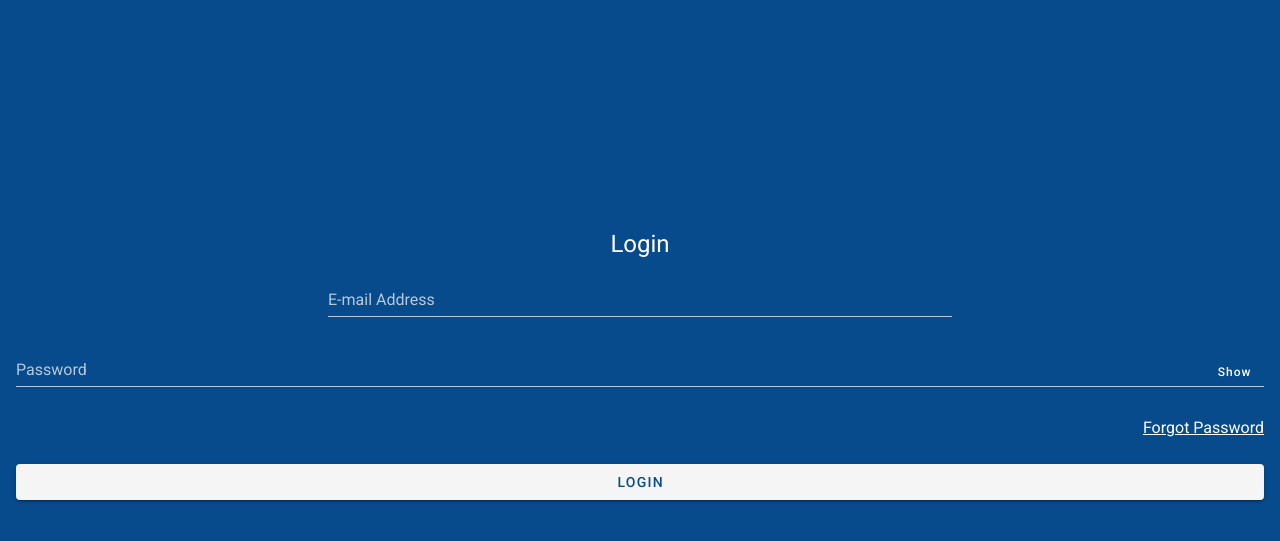
Repository: Grace229/Login
Page: /
An editor plug-in stored every save of this project. The page is shown before and after the next save, followed by the edit.
The browser window is 1280 px wide. The pictures show the whole page.
The project was rebuilt for these pictures with package versions that can differ from the ones it lists, and the page was loaded fresh each time. Also part of the build but not shown: vue.config.js. Imported but missing from the stored project, and not drawn on this page: src/views/About.vue.

Above is the page before, as saved 2021-02-12 10:22:46.

### src/App.vue
<template>
  <v-app>
    <v-main><router-view></router-view> </v-main>
  </v-app>
</template>

<script>
export default {
  name: "App",

  components: {},

  data: () => ({
    //
  }),
};
</script>

### src/plugins/vuetify.js
import Vue from "vue";
import Vuetify from "vuetify/lib/framework";

Vue.use(Vuetify);

export default new Vuetify({
  theme: {
    options: {
      customProperties: true
    },
    themes: {
      light: {
        primary: "#084b8c",
        secondary: "#424242",
        accent: "#82B1FF",
        error: "#FF5252",
        info: "#2196F3",
        success: "#4CAF50",
        warning: "#FFC107"
      }
    }
  }
});

### src/views/Home.vue
<template>
  <main
    style="min-height:100vh"
    class="primary fill-height white--text d-flex flex-column justify-center pa-4"
  >
    <div>
      <header>
        <div class="headline text-center py-2">
          Login
        </div>
      </header>

      <section>
        <div class="mx-auto" style="width: 50%">
          <v-text-field
            dark
            label="E-mail Address"
            v-model="FORM.email"
            :rules="[rules.required, rules.email]"
          />
        </div>
        <div>
          <v-text-field
            dark
            :rules="[rules.required]"
            label="Password"
            :type="showPassword ? 'text' : 'password'"
          >
            <v-btn
              text
              small
              slot="append"
              @click="showPassword = !showPassword"
              class="transparent text-capitalize"
              >{{ showPassword ? "hide" : "show" }}</v-btn
            >
          </v-text-field>

          <div class="text-right py-2">
            <router-link to="/forgot-password" class="white--text"
              >Forgot Password</router-link
            >
          </div>

          <div class="pt-4">
            <v-btn block class="primary--text" to="/landlord">Login</v-btn>
          </div>
        </div>
      </section>
    </div>
  </main>
</template>

<script>
export default {
  data() {
    return {
      FORM: {},
      showPassword: false,
      rules: {
        required: (value) => !!value || "Required.",
        counter: (value) => value.length <= 20 || "Max 20 characters",
        email: (value) => {
          const pattern = /^(([^<>()[\]\\.,;:\s@"]+(\.[^<>()[\]\\.,;:\s@"]+)*)|(".+"))@((\[[0-9]{1,3}\.[0-9]{1,3}\.[0-9]{1,3}\.[0-9]{1,3}])|(([a-zA-Z\-0-9]+\.)+[a-zA-Z]{2,}))$/;
          return pattern.test(value) || "Invalid e-mail.";
        },
      },
    };
  },
};
</script>

Loaded but not shown: public/index.html (common file); src/main.js (common file); src/router/index.js (common file); src/store/index.js (common file)

After the next save:
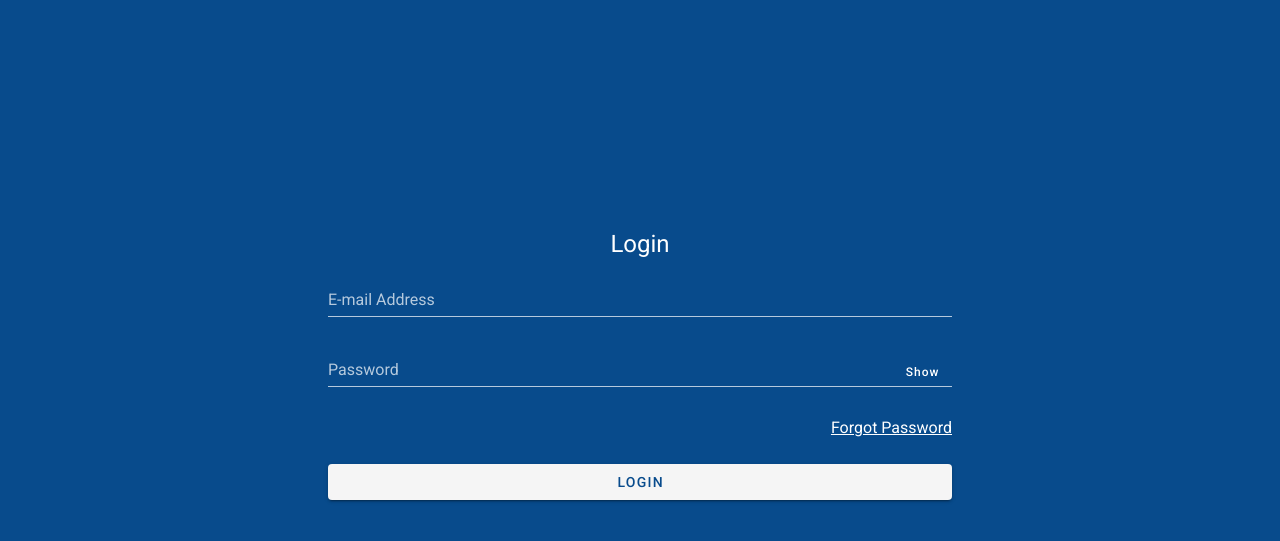
Saved 44 s later.
--- a/src/views/Home.vue
+++ b/src/views/Home.vue
@@ -10,8 +10,8 @@
         </div>
       </header>
 
-      <section>
-        <div class="mx-auto" style="width: 50%">
+      <section class="mx-auto" style="width: 50%">
+        <div>
           <v-text-field
             dark
             label="E-mail Address"
